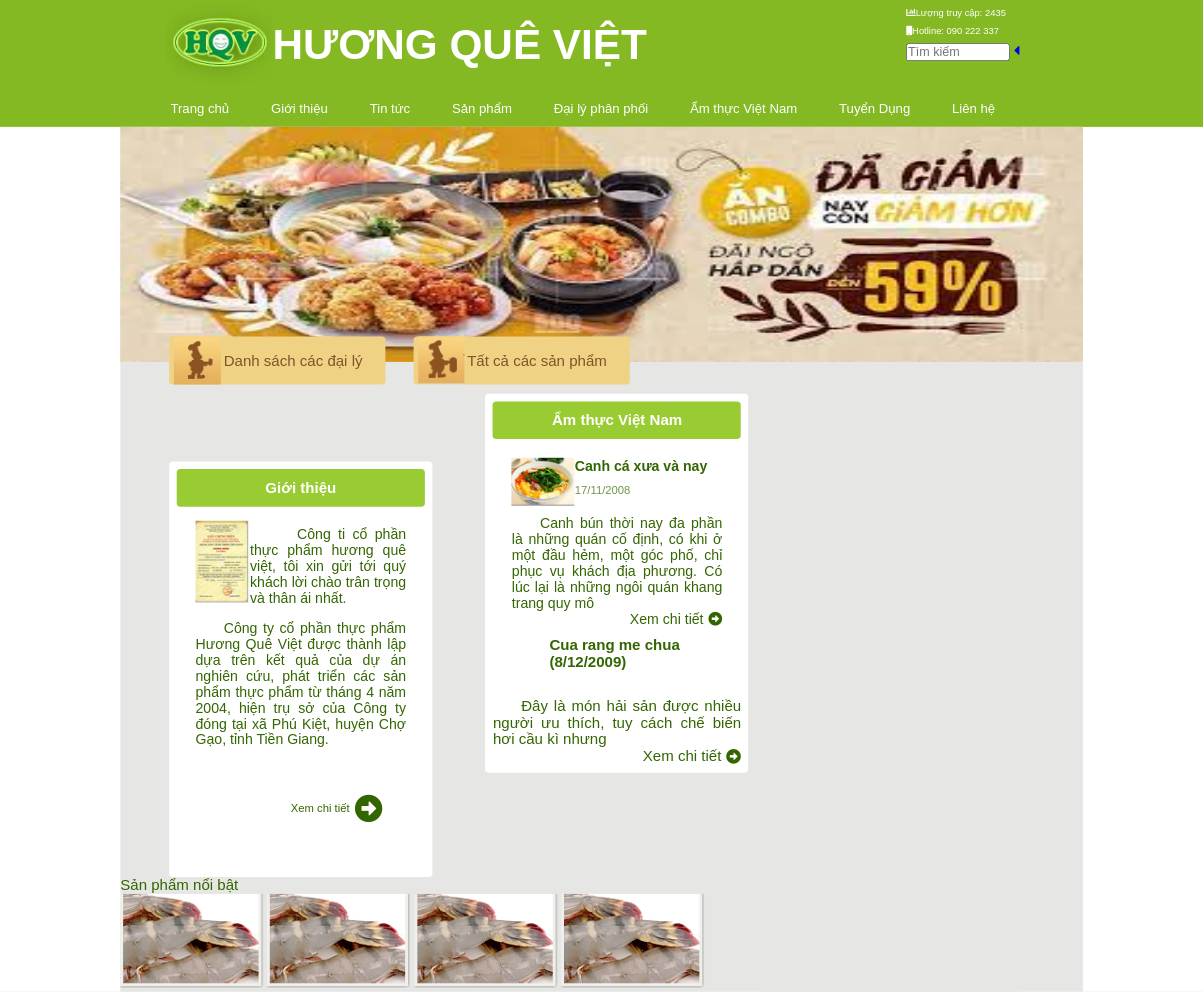
Repository: NgocTruong0701/Self_Learning
Page: html/practice/Baitapweb/index.html
These files come from the project's save history. The page is drawn as it stood at one moment and after the next save; the edit follows.
The browser window is 1280 px wide. The pictures show the whole page, at 94% of full size.

Above is the page before, as saved 2021-10-06 21:52:37.

After the next save:
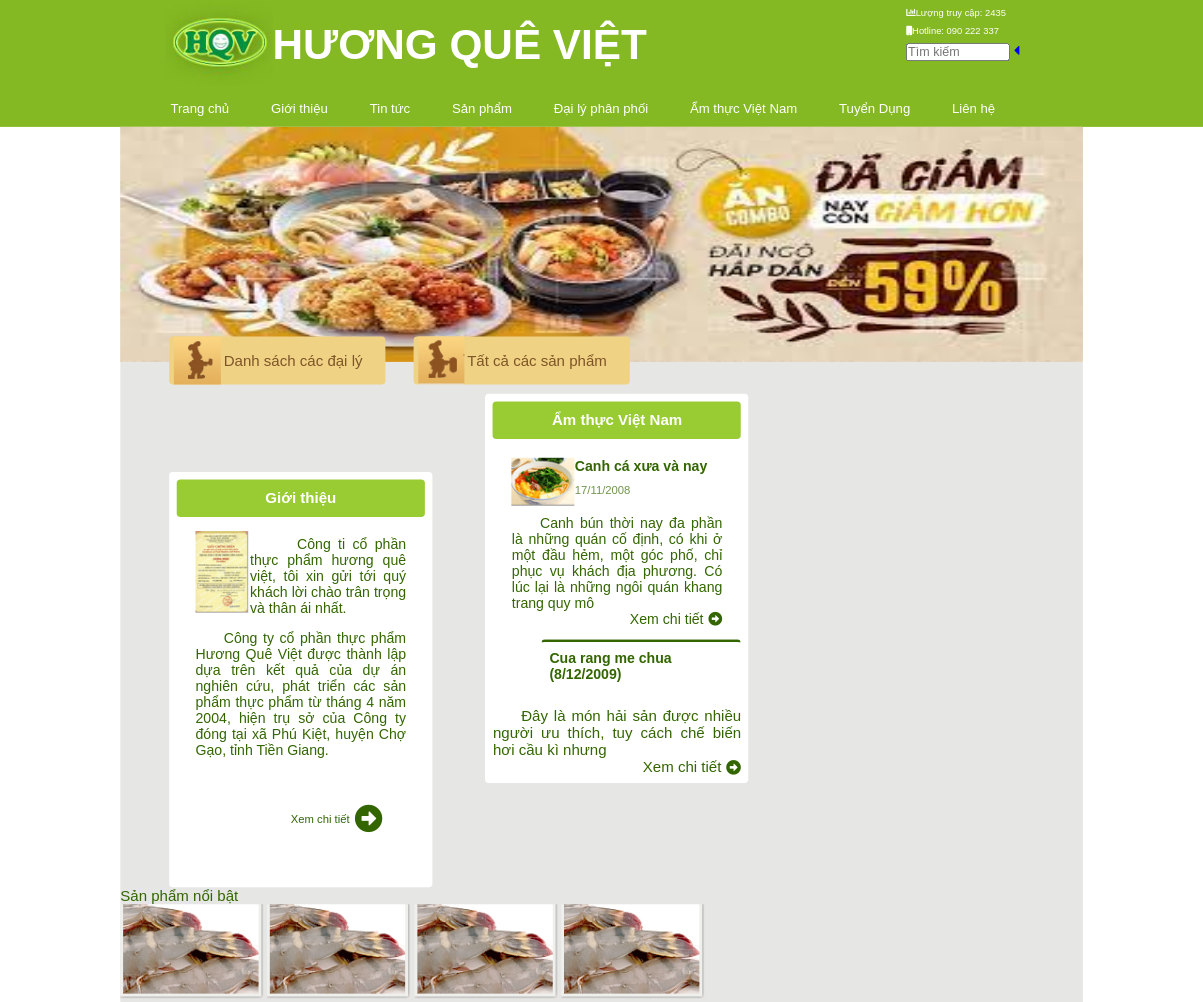
Saved 4 s later.
--- a/html/practice/Baitapweb/assets/css/styles.css
+++ b/html/practice/Baitapweb/assets/css/styles.css
@@ -238,7 +238,7 @@ header .box-right{
     margin-right: 5px;
 }
 
-.heading-up-review{
+.heading-up.review{
     font-size:15px;
     border-top: solid;
     margin-top: 30px;

After the 2 saves that followed:
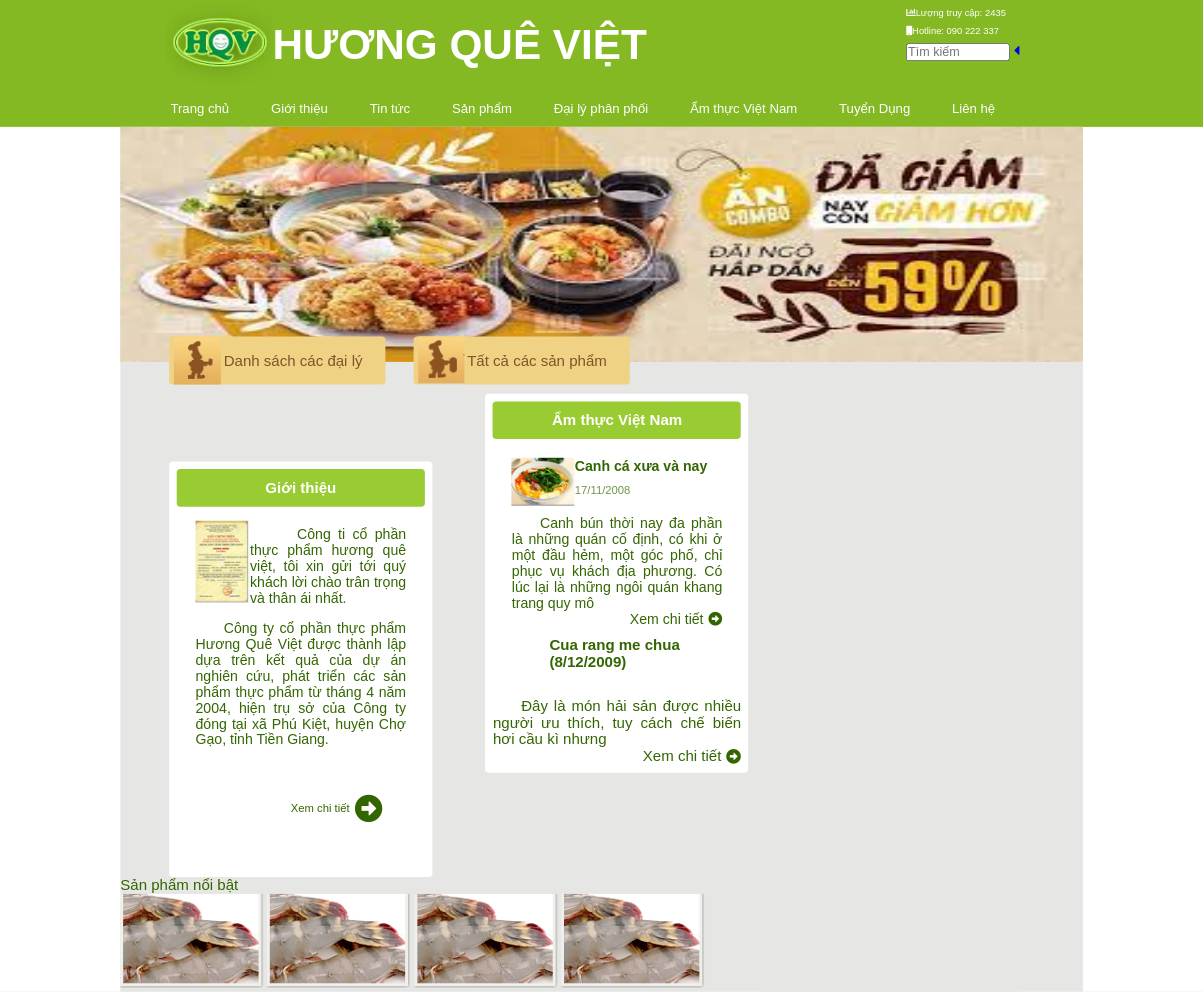
The 2 saves are shown as one change because they came seconds apart.
The last was saved 54 s later.
--- a/html/practice/Baitapweb/assets/css/styles.css
+++ b/html/practice/Baitapweb/assets/css/styles.css
@@ -238,7 +238,7 @@ header .box-right{
     margin-right: 5px;
 }
 
-.heading-up.review{
+.heading-up-review{
     font-size:15px;
     border-top: solid;
     margin-top: 30px;
